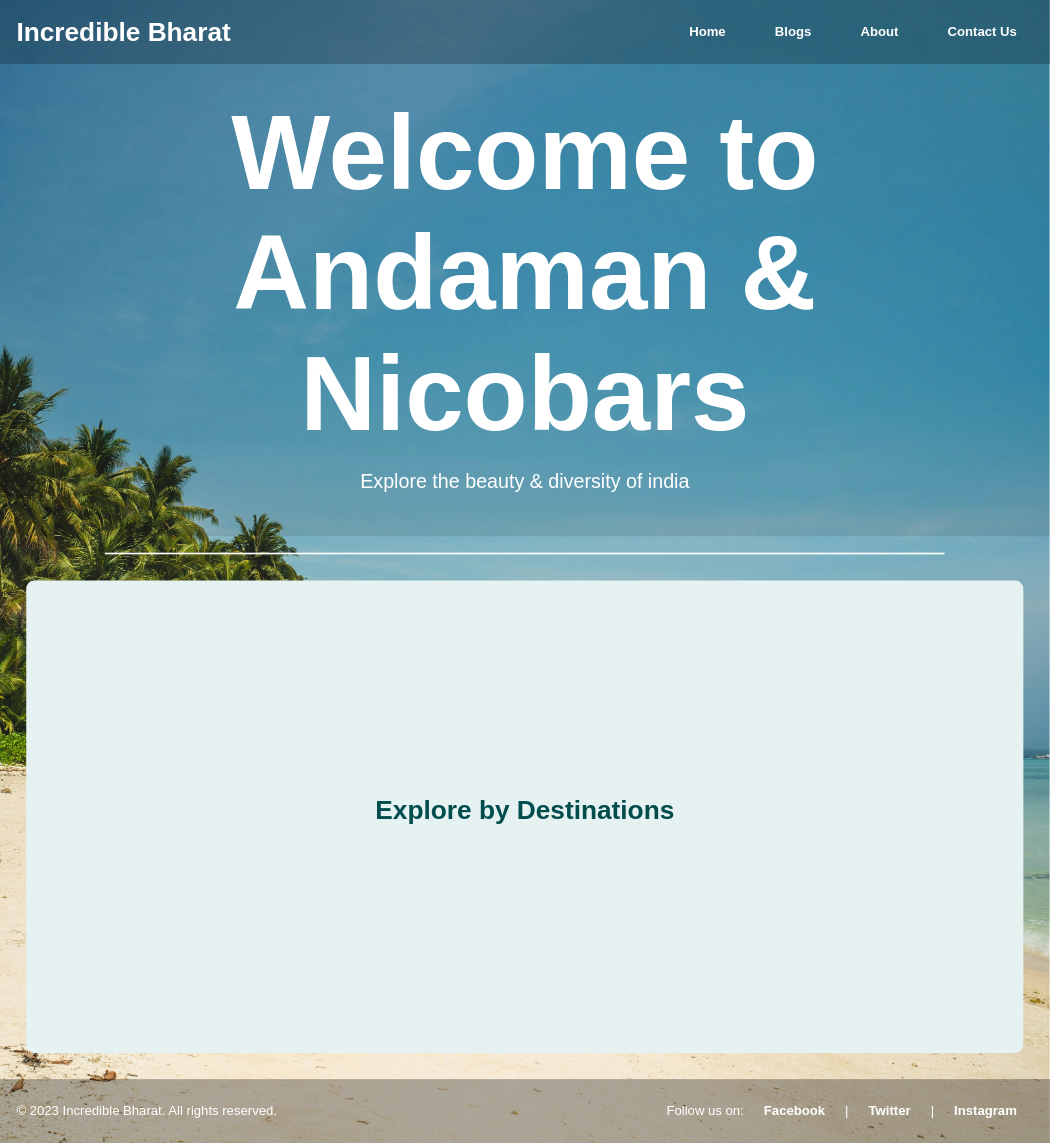
Repository: jaidhiman111/incrediblebharat
Page: destinations/Andaman&Nicobar.html
The author's editor kept a copy of each file at every save. The page is drawn from the files as they stood at one save, then again after the next save.
The browser window is 1280 px wide. The pictures show the whole page, at 82% of full size.

Above is the page before, as saved 2025-04-30 23:16:07.

### destinations/Andaman&Nicobar.html
<!DOCTYPE html>
<html lang="en">

<head>
    <meta charset="UTF-8">
    <link rel="stylesheet" href="/assets/style.css">
    <meta name="viewport" content="width=device-width, initial-scale=1.0">
    <title>Document</title>
</head>

<body class="andaman-nicobar">
    <!-- This is the header of the page. -->
    <header class="header">
        <div class="logo">
            <h1>Incredible Bharat</h1>
        </div>
        <div class="nav">
            <nav>
                <ul>
                    <li>
                        <a href="/index.html">Home</a>
                        <a href="#">Blogs</a>
                        <a href="#">About</a>
                        <a href="#">Contact Us</a>
                    </li>
                </ul>
            </nav>
        </div>
    </header>
    <!-- This is the main content of the page. -->
    <main class="main-container">
        <section class="hero-section">
            <h2>Welcome to Andaman & Nicobars</h2>
            <a href="#">Explore the beauty & diversity of india</a>
        </section>
        <hr>
        <section class="state-section">
            <div>
                <h2>Explore by Destinations</h2>
            </div>

        </section>
    </main>
    <!-- This is the footer of the page. -->
    <footer class="footer">
        <div>
            <p>&copy; 2023 Incredible Bharat. All rights reserved.</p>
        </div>
        <div>
            <p>Follow us on:
                <a href="#">Facebook</a> |
                <a href="#">Twitter</a> |
                <a href="#">Instagram</a>
        </div>
    </footer>
</body>

</html>

### assets/style.css
* {
    box-sizing: border-box;
    margin: 0;
    padding: 0;
}

.home {
    font-family: Arial, sans-serif;
    background-image: url('/media/bg-cover.jpg');
    background-size: cover;
    background-repeat: no-repeat;
    background-position: center;
    color: #fff;
}

.andaman-nicobar {
    font-family: Arial, sans-serif;
    background-image: url('/media/andaman.jpg');
    background-size: cover;
    background-repeat: no-repeat;
    background-position: center;
    color: #fff;
}


/* This is for header */
.header {
    background-color: rgba(0, 0, 0, 0.3);
    display: flex;
    justify-content: space-between;
    align-items: center;
    padding: 20px;
    position: sticky;
    top: 0;
    text-align: center;
}

li {
    list-style: none;
    display: flex;
    gap: 20px;
}

li a {
    /* background-color:aqua ; */
    padding: 10px 20px;
    border-radius: 5px;
    text-decoration: none;
    color: #fff;
    font-weight: bold;
}

li a:hover {
    color: #fff;
    transform: scale(1.1);
    /* background-color: rgba(0, 0, 0, 0.4); */
}

/* This is for section */
section{
    background-color: rgba(0, 0, 0, 0.1);
}

.hero-section {
    display: flex;
    flex-direction: column;    /* stack items vertically */
    justify-content: center;   /* center vertically */
    align-items: center;       /* center horizontally */
    height: 80vh;
    text-align: center;
}

.hero-section h2 {
    font-size: 8rem;
    margin-bottom: 20px;
}

.hero-section a {
    text-decoration: none;
    color: #fff;
    font-size: 1.5rem;
    margin-bottom: 20px;
}

.hero-section a:hover {
    color: #fff;
    text-decoration: underline;
    transform: scale(1.1);
    transition: transform 0.3s ease-in-out;
}

hr {
    width: 80%;
    margin: 20px auto;
    border: 1px solid #fff;
}

.state-section {
    display: flex;
    flex-direction: column;    /* stack items vertically */
    justify-content: center;
    align-items: center;
    height: 80vh;
    text-align: center;
}

.state-section h2 {
    font-size: 3rem;
    margin-bottom: 20px;
}

.state-button {
    padding: 30px;
    max-width: 100rem;
    margin: 0 auto;
  }

  .state-button button {
    background-color: rgba(0, 0, 0, 0.4);  /* Soft blue */
    border: none;
    border-radius: 8px;
    margin: 10px ;
    padding: 12px 20px;
    cursor: pointer;
    transition: background-color 0.3s ease;
    font-size: 16px;
    font-weight: 500;
  }

  .state-button button a {
    color: #ffffff;
    text-decoration: none;
    display: block;
    width: 100%;
    height: 100%;
  }

  .state-button button:hover {
    background-color: rgba(0, 0, 0, 0.7); /* Darker blue on hover */
    transform: scale(1.1); /* Slightly enlarge the button on hover */
    transition: transform 0.3s ease-in-out;
  }

  /* This is for footer */

.footer {
    background-color: rgba(0, 0, 0, 0.3);
    display: flex;
    justify-content: space-between;
    align-items: center;
    padding: 20px;
    position: relative;
    bottom: 0;
    text-align: center;
}

.footer li {
    list-style: none;
    display: flex;
    gap: 20px;
}

.footer a {
    display: inline-block;
    padding: 10px 20px;
    border-radius: 5px;
    text-decoration: none;
    color: #fff;
    font-weight: bold;
}
.footer a:hover {
    color: #fff;
    transform: scale(1.1);

}

/* This is for media queries */
/* --- Andaman & Nicobar Page Enhancements --- */

.state-section {
    padding: 2rem;
    background-color: #e6f2f2;
    border-radius: 10px;
    margin: 2rem;
}

.state-section h2 {
    font-size: 2rem;
    margin-bottom: 1rem;
    color: #014d4e;
}

.state-section p {
    font-size: 1.1rem;
    margin-bottom: 2rem;
    line-height: 1.6;
}

.category {
    margin-bottom: 2rem;
    padding: 1rem;
    background-color: #ffffff;
    border-left: 5px solid #019494;
    box-shadow: 0 2px 5px rgba(0, 0, 0, 0.05);
    border-radius: 6px;
}

.category h3 {
    font-size: 1.5rem;
    color: #007575;
    margin-bottom: 0.5rem;
}

.category ul {
    padding-left: 1.2rem;
    list-style-type: disc;
    line-height: 1.6;
}

.category ul li {
    margin-bottom: 0.5rem;
    font-size: 1rem;
}

After the next save:
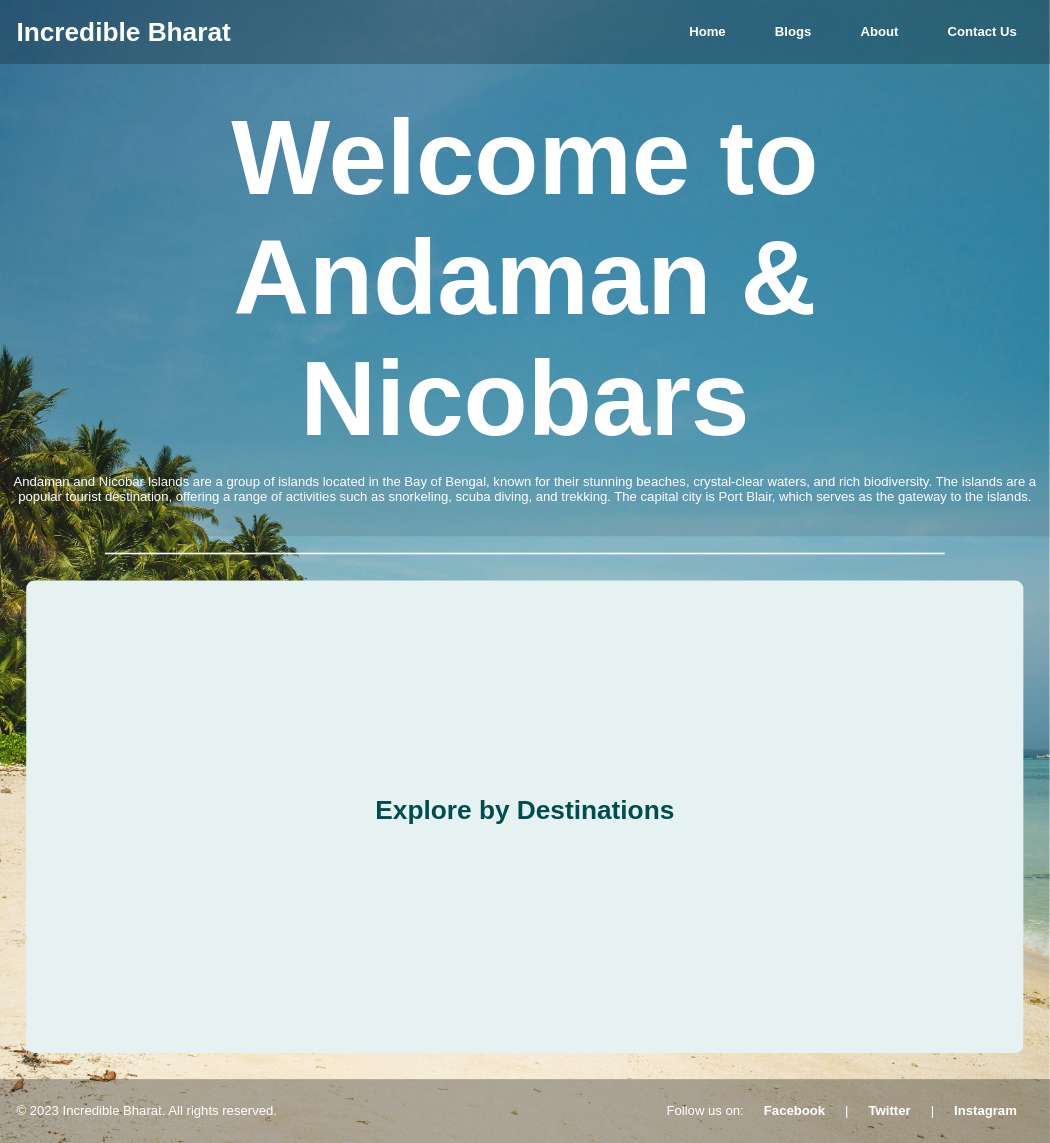
Saved 19 s later.
--- a/destinations/Andaman&Nicobar.html
+++ b/destinations/Andaman&Nicobar.html
@@ -31,7 +31,7 @@
     <main class="main-container">
         <section class="hero-section">
             <h2>Welcome to Andaman & Nicobars</h2>
-            <a href="#">Explore the beauty & diversity of india</a>
+            <p>Andaman and Nicobar Islands are a group of islands located in the Bay of Bengal, known for their stunning beaches, crystal-clear waters, and rich biodiversity. The islands are a popular tourist destination, offering a range of activities such as snorkeling, scuba diving, and trekking. The capital city is Port Blair, which serves as the gateway to the islands.</p>
         </section>
         <hr>
         <section class="state-section">
